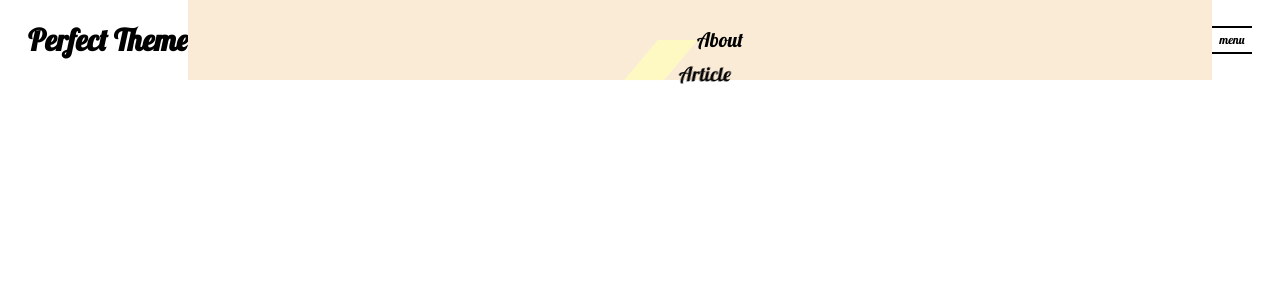
Repository: hsumyatm7308/laravel-blog
Page: blogweb/resources/views/blog/headerlayout.html
An editor plug-in stored every save of this project. The page is shown before and after the next save, followed by the edit.
The browser window is 1280 px wide. The pictures show the whole page.
Some web libraries are served in a nearby version.

Above is the page before, as saved 2023-09-04 15:54:20.

After the next save:
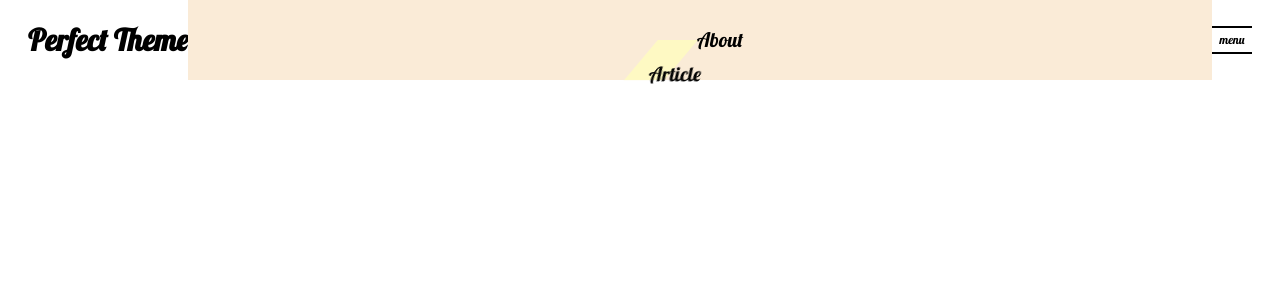
Saved 6 s later.
--- a/blogweb/resources/views/blog/headerlayout.html
+++ b/blogweb/resources/views/blog/headerlayout.html
@@ -34,7 +34,7 @@
 
     .article {
         position: fixed;
-        left: 50px;
+        left: 50%;
 
 
 
